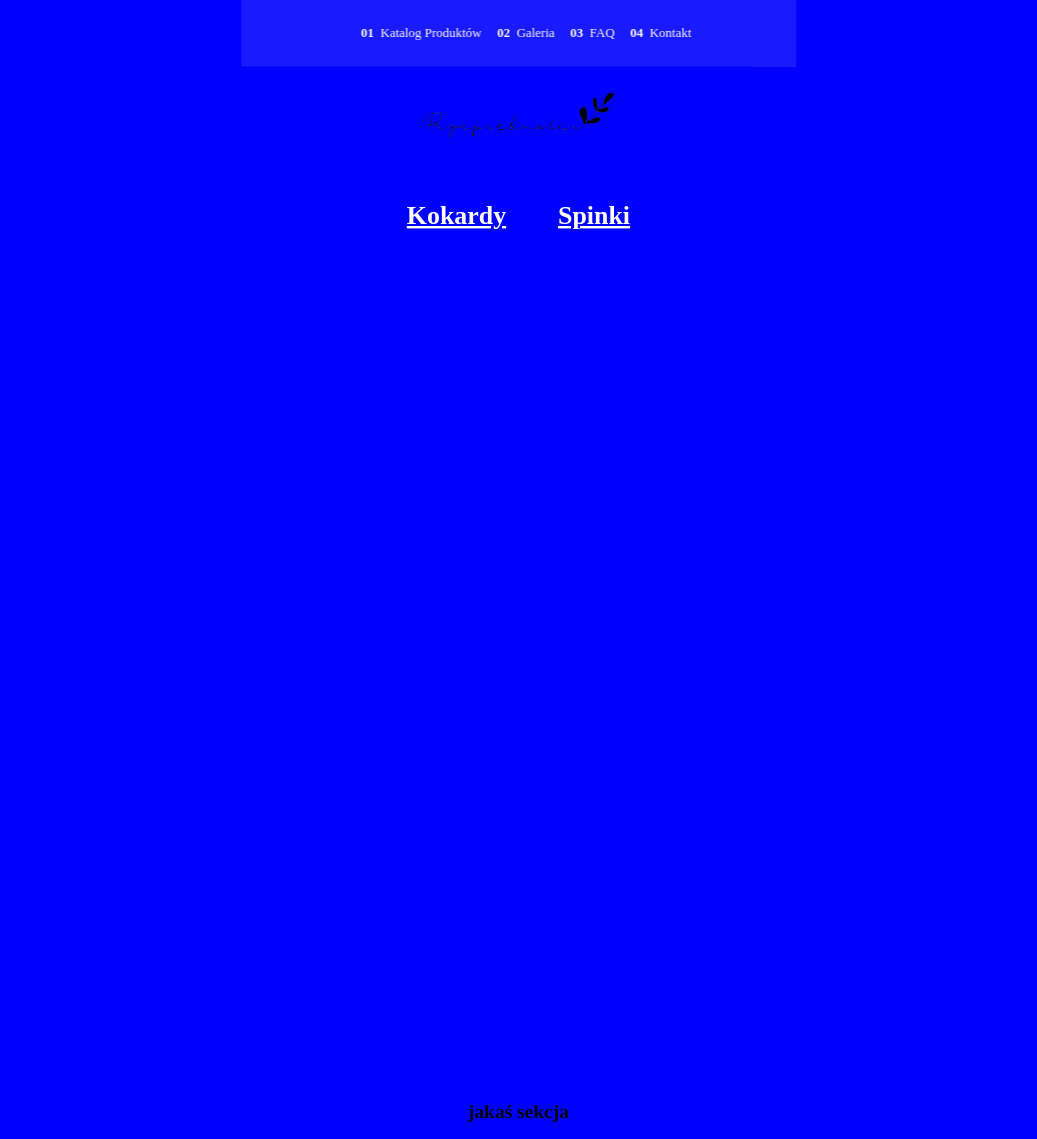
Repository: kowalkos/Rak_projekt
Page: /produkty
These files come from the project's save history. The page is drawn as it stood at one moment and after the next save; the edit follows.
The browser window is 1280 px wide. The pictures show the whole page, at 81% of full size.
The project was rebuilt for these pictures with package versions that can differ from the ones it lists, and the page was loaded fresh each time. Also part of the build but not shown: src/components/galeria/Galeria.js, src/components/main/Main.js, src/components/FAQ/Faq.js, src/components/about/About.js.

Above is the page before, as saved 2022-01-04 12:25:54.

After the next save:
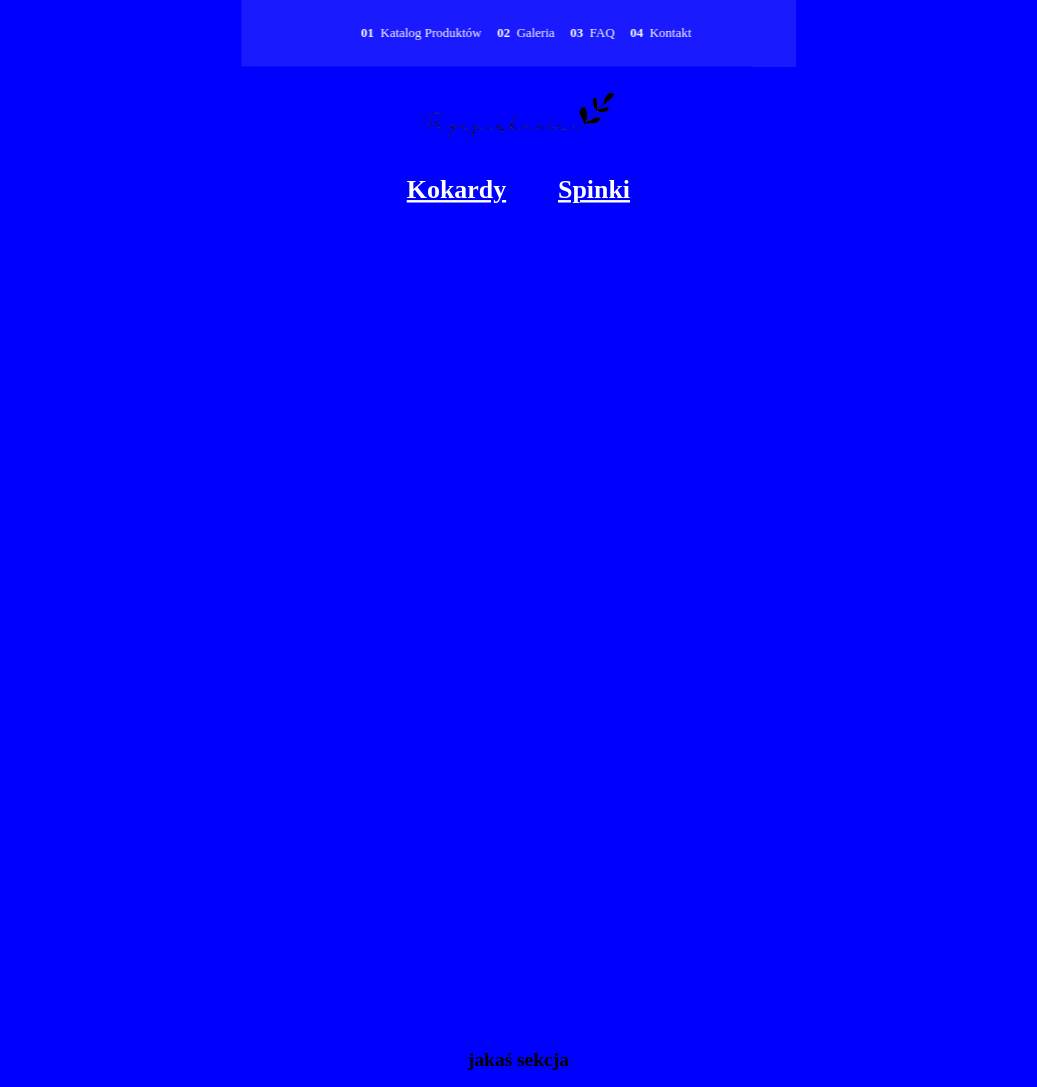
Saved 11 s later.
--- a/src/components/produkty/Produkt.css
+++ b/src/components/produkty/Produkt.css
@@ -5,5 +5,5 @@
 .references a {
     color: white;
     display: inline-block;
-    padding: 2rem;
+    padding: 0rem 2rem;
 }
